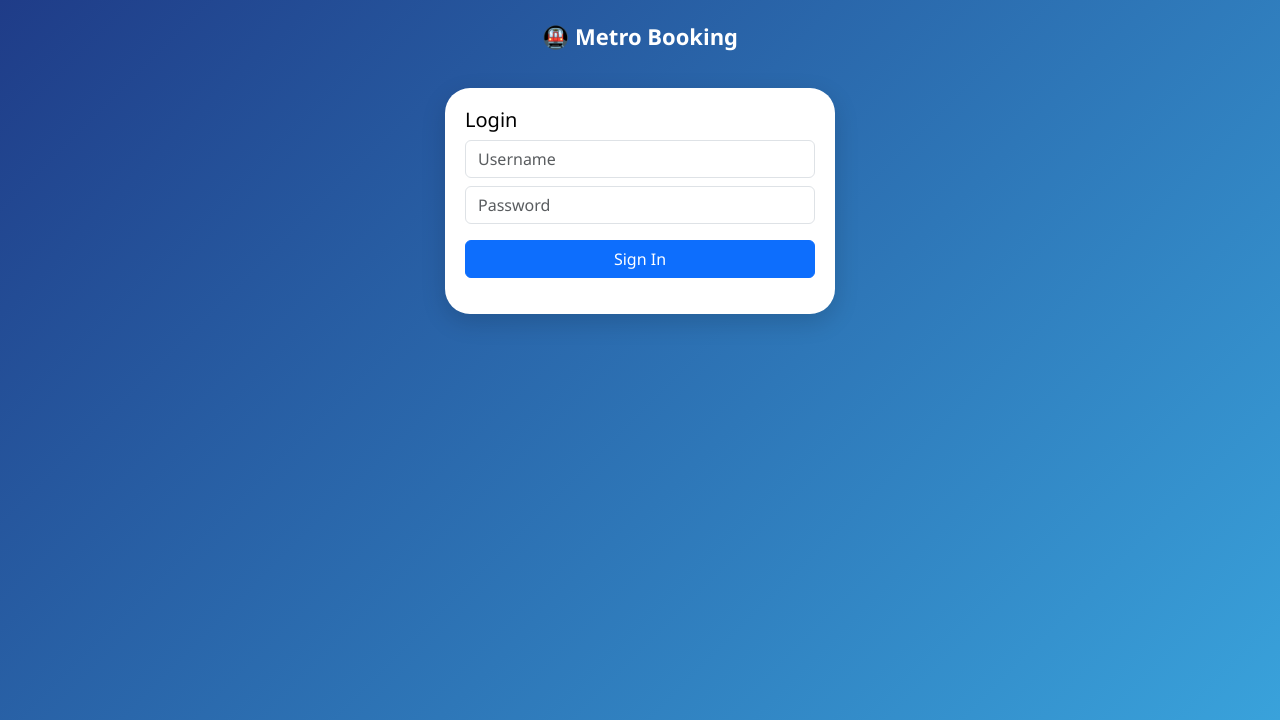
Repository: aksah72/Metro-Booking-System
Page: MetroBookingService/ui/index.html
An editor plug-in stored every save of this project. The page is shown before and after the next save, followed by the edit.
The browser window is 1280 px wide. The pictures show the whole page.

Above is the page before, as saved 2026-02-22 20:02:46.

After the next save:
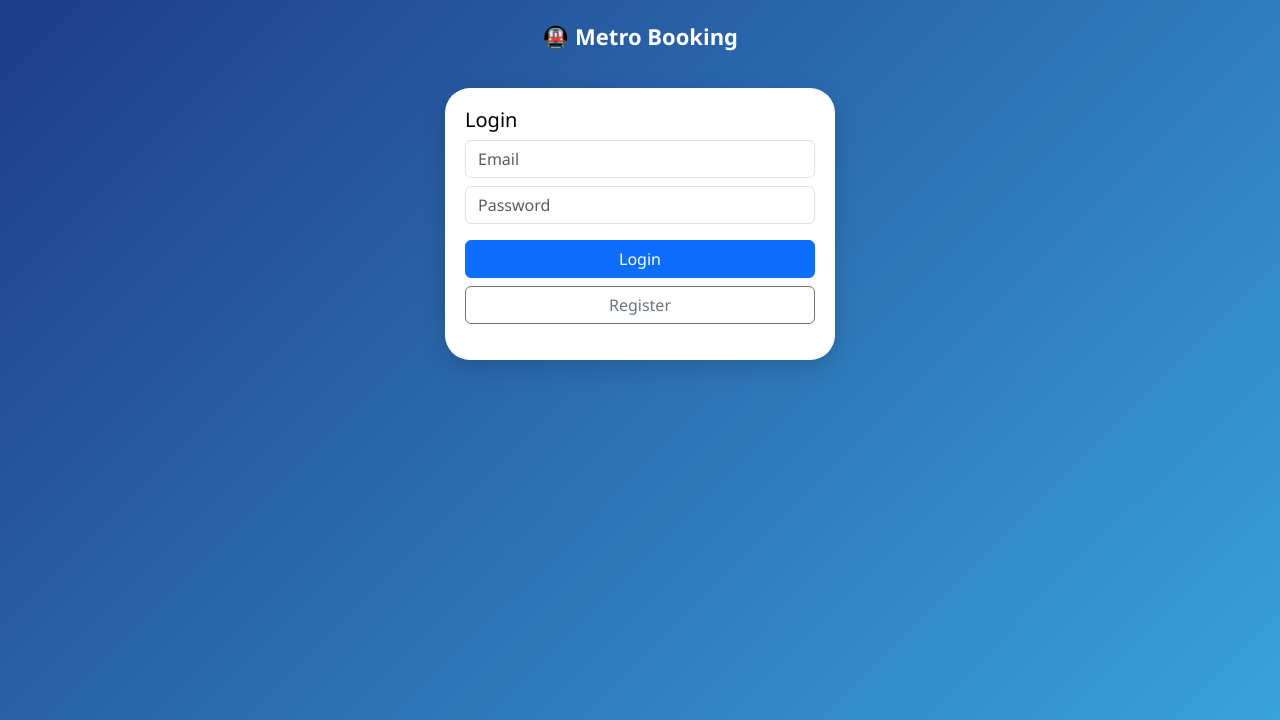
Saved 5 min 9 s later.
--- a/MetroBookingService/ui/index.html
+++ b/MetroBookingService/ui/index.html
@@ -88,12 +88,16 @@ border:3px solid black;
 
 <div class="app-header">🚇 Metro Booking</div>
 
-<!-- LOGIN -->
+<!-- LOGIN / REGISTER -->
 <div id="authSection" class="card-box">
-<h5>Login</h5>
-<input type="text" id="username" class="form-control mb-2" placeholder="Username">
+<h5 id="authTitle">Login</h5>
+
+<input type="email" id="email" class="form-control mb-2" placeholder="Email">
 <input type="password" id="password" class="form-control mb-3" placeholder="Password">
-<button class="btn btn-primary w-100 mb-2" onclick="login()">Sign In</button>
+
+<button class="btn btn-primary w-100 mb-2" onclick="login()">Login</button>
+<button class="btn btn-outline-secondary w-100 mb-2" onclick="register()">Register</button>
+
 <div id="authMessage" class="mt-2 text-danger"></div>
 </div>
 
@@ -123,23 +127,45 @@ border:3px solid black;
 let authToken="";
 let currentBookingId="";
 
-async function login(){
-const res=await fetch("/login",{
+async function register(){
+
+const res = await fetch("/register",{
 method:"POST",
 headers:{"Content-Type":"application/json"},
 body:JSON.stringify({
-username:username.value,
+email:email.value,
 password:password.value
 })
 });
-const data=await res.json();
+
+const data = await res.json();
+
+if(data.error){
+authMessage.innerText = data.error;
+}else{
+authMessage.innerText = "Registered successfully. Please login.";
+}
+}
+
+async function login(){
+
+const res = await fetch("/login",{
+method:"POST",
+headers:{"Content-Type":"application/json"},
+body:JSON.stringify({
+email:email.value,
+password:password.value
+})
+});
+
+const data = await res.json();
 
 if(data.token){
-authToken=data.token;
+authToken = data.token;
 authSection.style.display="none";
 dashboard.style.display="block";
 }else{
-authMessage.innerText="Invalid login";
+authMessage.innerText="Invalid email or password";
 }
 }
 
@@ -165,7 +191,6 @@ return;
 }
 
 currentBookingId = data.bookingId;
-
 routeSection.style.display="block";
 
 bookingSummary.innerHTML = `
@@ -179,7 +204,6 @@ Pay Now
 `;
 
 renderRoute(data.segments);
-
 document.getElementById("qrContainer").innerHTML="";
 }
 
@@ -225,7 +249,7 @@ metroMap.appendChild(div);
 
 async function makePayment(){
 
-const res=await fetch("/pay",{
+const res = await fetch("/pay",{
 method:"POST",
 headers:{
 "Content-Type":"application/json",
@@ -234,7 +258,7 @@ headers:{
 body:JSON.stringify({bookingId:currentBookingId})
 });
 
-const data=await res.json();
+const data = await res.json();
 
 if(data.error){
 alert(data.error);
@@ -246,12 +270,15 @@ alert("Payment Successful ✅");
 const qrDiv=document.getElementById("qrContainer");
 qrDiv.innerHTML="";
 
+if(data.qr){
 new QRCode(qrDiv,{
 text:data.qr,
 width:150,
 height:150
-
-});
+});
+}else{
+qrDiv.innerHTML="<p style='color:red;'>QR not received from server</p>";
+}
 }
 
 </script>
